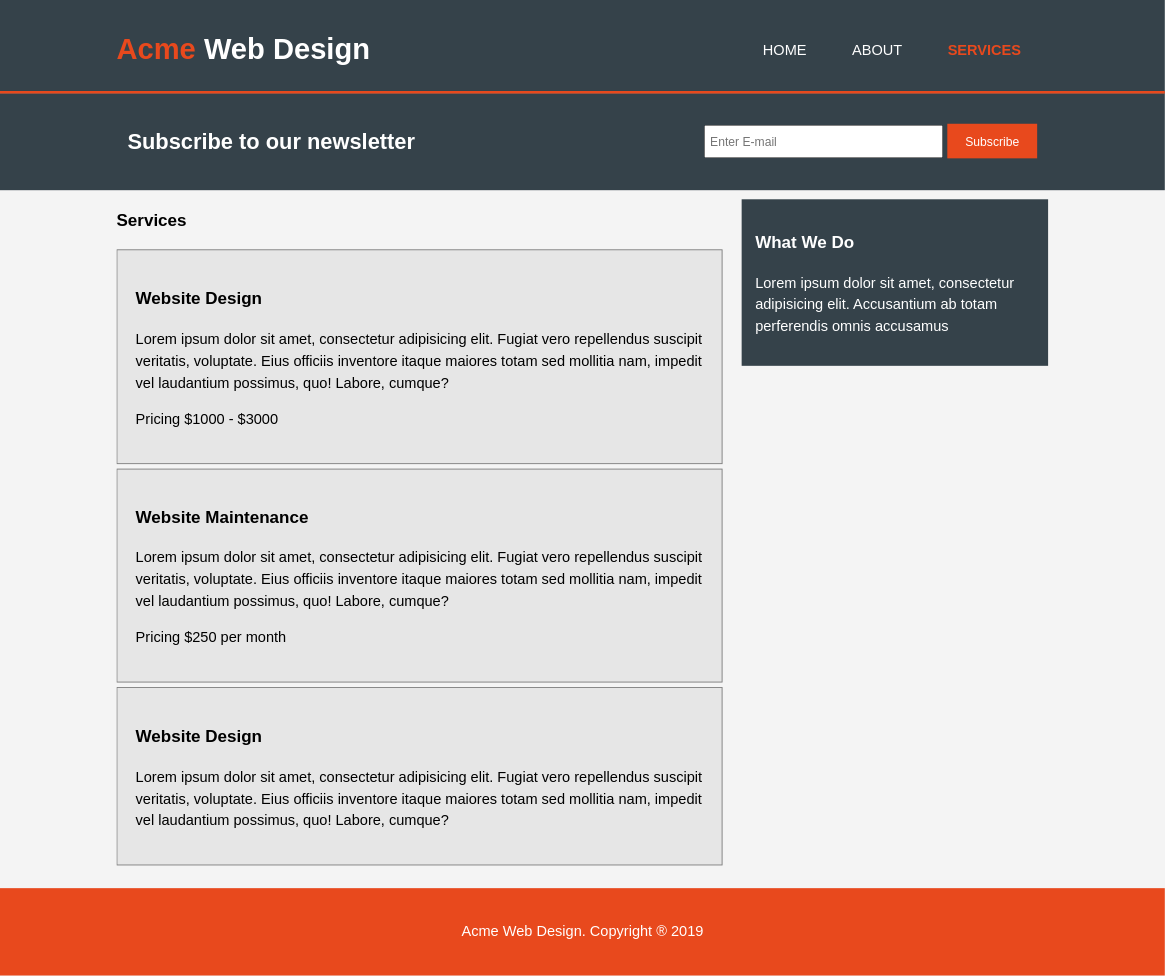
Repository: soloestuardo/bootstrap
Page: proyectos/yout/services.html
The author's editor kept a record of every edit. The page is drawn from the files as they stood at one moment, then again after the next edit.
The browser window is 1280 px wide. The pictures show the whole page, at 91% of full size.
Some web libraries are served in a nearby version.

Above is the page before.

### proyectos/yout/services.html
<!DOCTYPE html>
<html lang>
<head>
    <meta charset="UTF-8">
    <link rel="stylesheet" href="css/style.css">
    <meta name="viewport" content="width=device-width">
    <meta name="description" content="Affordable and professional web design">
    <meta name="keywords" content="web design, affordable web design, professional web design">
    <meta name="author" content="Estuardo Porras">
    <link rel="stylesheet" href="https://use.fontawesome.com/releases/v5.5.0/css/all.css" integrity="sha384-B4dIYHKNBt8Bc12p+WXckhzcICo0wtJAoU8YZTY5qE0Id1GSseTk6S+L3BlXeVIU" crossorigin="anonymous">
    <title>Services</title>
</head>

<!------------ EMPIEZA EL BODY ---------->

<body>

    <!------------ HEADER ---------->

    <header>
        <div class="container">

            <!------------ LOGO ---------->

            <div id="branding">
                <h1><span class="highlight">Acme</span> Web Design</h1>
            </div>

            <!------------ MENÚ ---------->

            <nav>
                <ul>
                    <li><a href="index.html">Home</a></li>
                    <li><a href="about.html">About</a></li>
                    <li class="current"><a href="services.html">Services</a></li>
                    </li>
                </ul>
            </nav>
        </div>
    </header>

    <!------------ NEWSLETTER ---------->

    <section id="newsletter">
        <div class="container">
            <h1>Subscribe to our newsletter</h1>
            <form>
                <input type="email" placeholder="Enter E-mail">
                <button type="submit" class="button_1">Subscribe</button>
            </form>
        </div>
    </section>

    <!------------ BOXES ---------->

    <section id="main">
        <div class="container">
            <article id="main-col">
                <h1 class="page_title">Services</h1>
                <ul id="services">
                    <li><h3>Website Design</h3>
                    <p>Lorem ipsum dolor sit amet, consectetur adipisicing elit. Fugiat vero repellendus suscipit veritatis, voluptate. Eius officiis inventore itaque maiores totam sed mollitia nam, impedit vel laudantium possimus, quo! Labore, cumque?</p>
                    <p>Pricing $1000 - $3000</p>
                    </li>

                    <li><h3>Website Maintenance</h3>
                    <p>Lorem ipsum dolor sit amet, consectetur adipisicing elit. Fugiat vero repellendus suscipit veritatis, voluptate. Eius officiis inventore itaque maiores totam sed mollitia nam, impedit vel laudantium possimus, quo! Labore, cumque?</p>
                    <p>Pricing $250 per month</p>
                    </li>

                    <li><h3>Website Design</h3>
                    <p>Lorem ipsum dolor sit amet, consectetur adipisicing elit. Fugiat vero repellendus suscipit veritatis, voluptate. Eius officiis inventore itaque maiores totam sed mollitia nam, impedit vel laudantium possimus, quo! Labore, cumque?</p>
                    </li>
                </ul>
            </article>
            <aside id="sidebar" class="dark">
                <h3>What We Do</h3>
                <p>Lorem ipsum dolor sit amet, consectetur adipisicing elit. Accusantium ab totam perferendis omnis accusamus</p>
            </aside>
        </div>
    </section>

    <footer>
        <p>Acme Web Design. Copyright ® 2019</p>
    </footer>

</body>
</html>

### proyectos/yout/css/style.css
/*-----------GENERAL--------------*/

body {
    font: 16px/1.5 Arial, Helvetica, sans-serif;
    margin:0;
    padding:0;
    background-color: #F4F4F4;
}

ul {
    margin:0;
    padding:0;
}

.button_1 {
    height:38px;
    background:#E8491D;
    border:0;
    padding-left:20px;
    padding-right:20px;
    color:#FFF;
}

.dark {
    padding:15px;
    background:#35424A;
    color:white;
    margin-top:10px;
    margin-bottom:10px;
}

/*-----------CONTAINER--------------*/

.container {
    width:80%;
    margin:auto;
    overflow:hidden;
}

/*-----------HEADER--------------*/

header {
    background-color:#35424A;
    color:#FFF;
    padding-top:30px;
    min-height:70px;
    border-bottom:#E8491D 3px solid;
}

header a {
    color:#FFF;
    text-decoration:none;
    text-transform:uppercase;
    font-size:16px;
}


header li {
    float:left;
    display:inline;
    padding:0 30px 0 20px;
}

#branding {
    float:left;
}

#branding h1 {
    margin:0;
}

header nav {
    float:right;
    margin-top:13px;
}

header .highlight, header .current a {
    color:#E8491D;
    font-weight:bold;
}

header a:hover {
    color:#CCC;
    font-weight:bold;
}

/*-----------SHOWCASE--------------*/

#showcase {
    min-height:400px;
    background:url("../img/desk1.jpg");
    background-size:100% 130%;
    background-position:0 60%;
    text-align: center;
    color:#FFF;
}

#showcase h1 {
    margin-top:100px;
    font-size:55px;
    margin-bottom:10px;
}

#showcase p {
    font-size:22px;
    font-style:bold;
    color: #80b3ff;
    text-shadow:1px 1px #006;
}

/*-----------NEWSLETTER--------------*/

#newsletter {
    padding:15px;
    color:#FFF;
    background:#35424A;
}

#newsletter h1 {
    float:left;
}

#newsletter form {
    float:right;
    margin-top:18px;
}

#newsletter input[type="email"] {
    padding:4px;
    height:25px;
    width:250px;
}

/*-----------BOXES--------------*/

#boxes {
    margin-top:20px;
}

#boxes .box {
    float:left;
    width:30%;
    padding:10px;
    text-align:center;
}

#boxes .box i {
    font-size:90px;
}

/*-----------BOXES--------------*/
aside#sidebar {
    float:right;
    width:30%;
    margin-top:10px;
}

aside#sidebar .quote input, aside#sidebar .quote textarea {
    width:90%;
    padding:5px;
}

#main-col {
    float:left;
    width:65%;
}

/*-----------SERVICES--------------*/

ul#services li {
    list-style:none;
    padding:20px;
    border:gray solid 1px;
    margin-bottom: 5px;
    background:#E6E6E6;
}

/*-----------FOOTER--------------*/

footer {
    padding:20px;
    margin-top:20px;
    color:#FFF;
    background:#E8491D;
    text-align:center;
}

/*-----------MEDIA QUERIES--------------*/
@media (max-width:768px) {
    header #branding, header nav, header nav li, #newsletter h1, #newsletter form, #boxes .box, article#main-col, aside#sidebar {
        float:none;
        text-align:center;
        width:100%;
    }

    header {
        padding-bottom:20px;
    }

    #showcase h1 {
        margin-top:40px;
    }

    #newsletter button, .quote button {
        display:block;
        width:100%;
    }

    #newsletter form input[type="email"], .quote input, .quote textarea {
        width:100%;
        margin-bottom:5px;
    }

}

After the next edit:
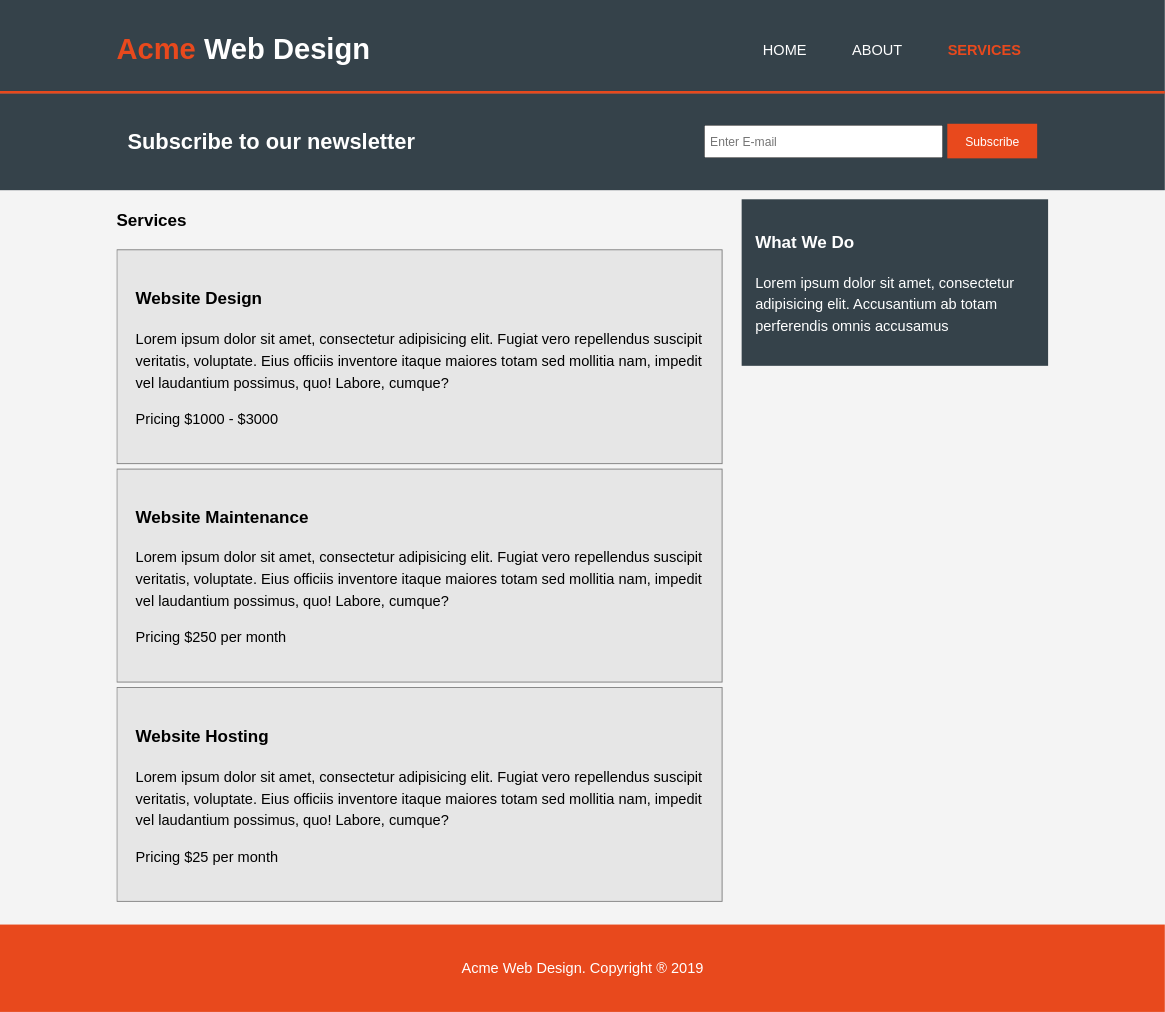
The edit:
--- a/proyectos/yout/services.html
+++ b/proyectos/yout/services.html
@@ -68,8 +68,9 @@
                     <p>Pricing $250 per month</p>
                     </li>
 
-                    <li><h3>Website Design</h3>
+                    <li><h3>Website Hosting</h3>
                     <p>Lorem ipsum dolor sit amet, consectetur adipisicing elit. Fugiat vero repellendus suscipit veritatis, voluptate. Eius officiis inventore itaque maiores totam sed mollitia nam, impedit vel laudantium possimus, quo! Labore, cumque?</p>
+                    <p>Pricing $25 per month</p>
                     </li>
                 </ul>
             </article>
